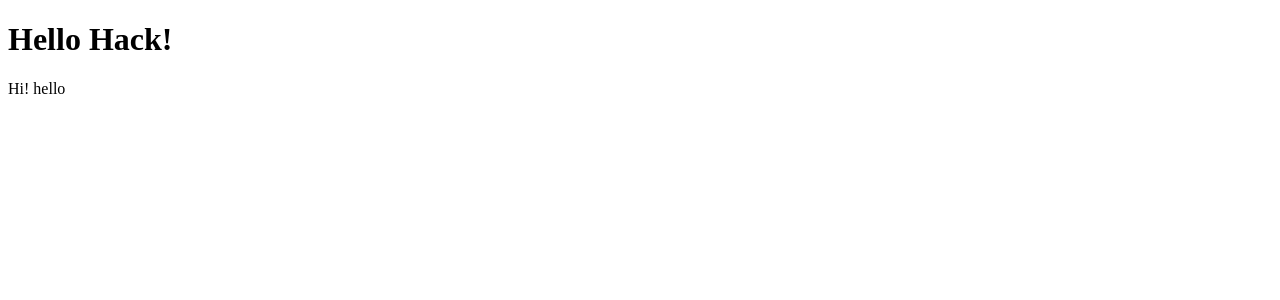
Repository: borisaltanov/HackBulgaria-Java-101
Page: http://localhost/TodooList/Index
An editor plug-in stored every save of this project. The page is shown before and after the next save, followed by the edit.
The browser window is 1280 px wide. The pictures show the whole page.
The page is served by Tomcat 9.

Above is the page before, as saved 2017-02-17 17:17:07.

After the next save:
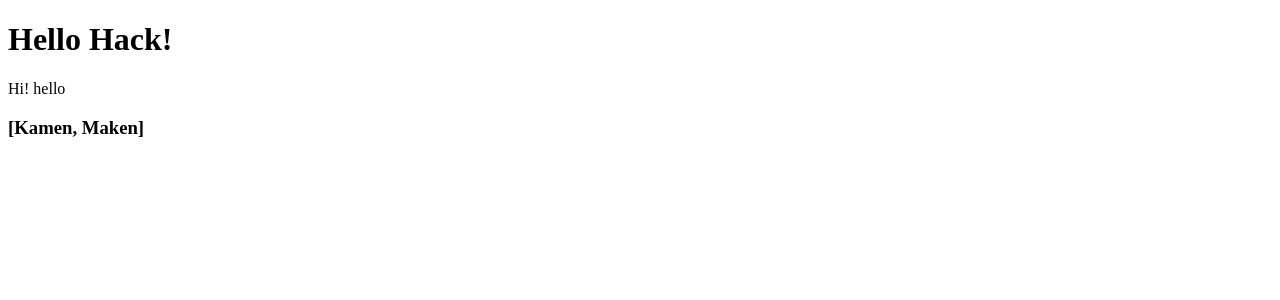
Saved 50 s later.
--- a/java-ee/TodooList/WebContent/index.jsp
+++ b/java-ee/TodooList/WebContent/index.jsp
@@ -12,5 +12,9 @@
 		<h1>Hello Hack!</h1>
 		<%=hi %>
 		${message}
+
+		<h3>
+			${users}
+		</h3>
 	</body>
 </html>
